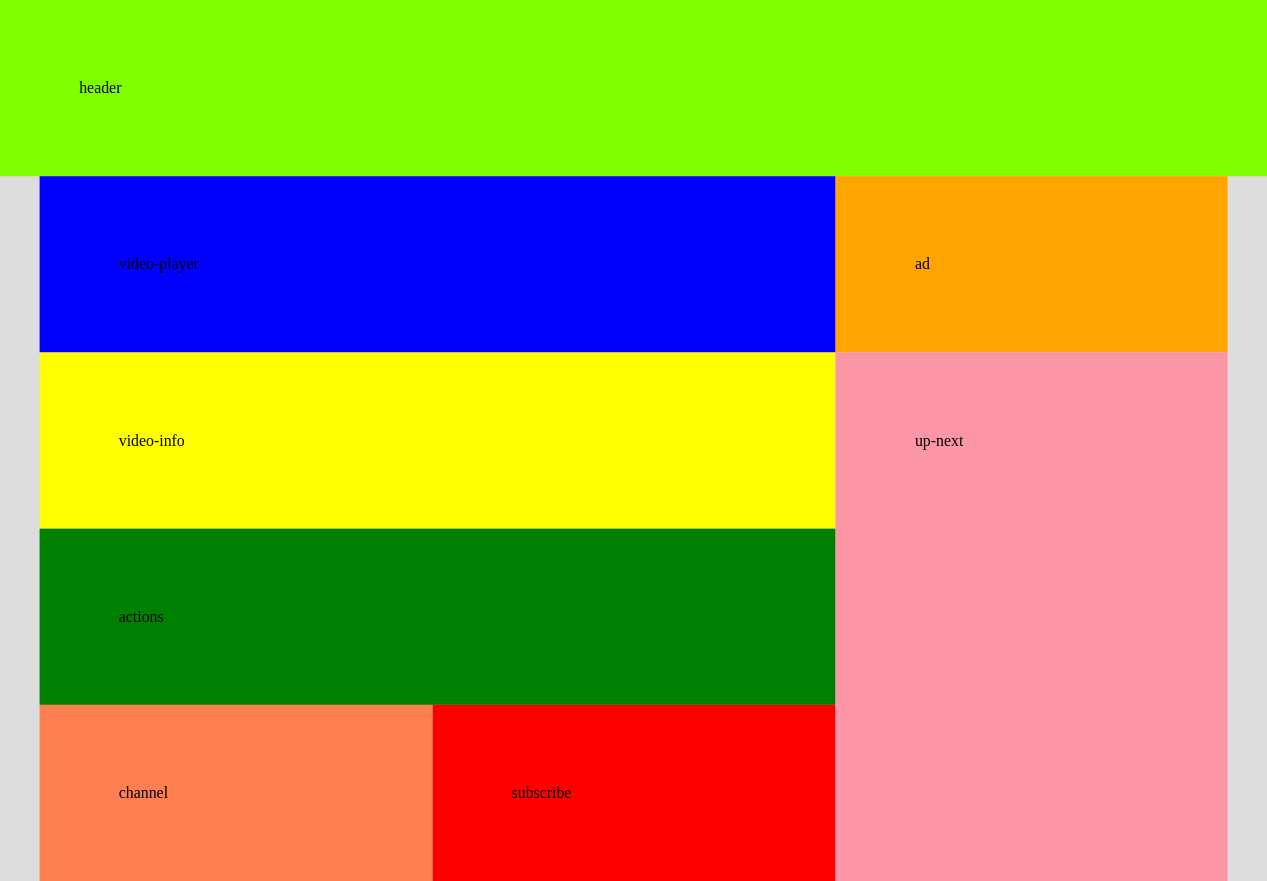
Repository: rafavirginio/clone-do-youtube
Page: index.html
These files come from the project's save history. The page is drawn as it stood at one moment and after the next save; the edit follows.
The browser window is 1280 px wide. The pictures show the whole page, at 99% of full size.

Above is the page before, as saved 2020-09-28 19:32:07.

After the next save:
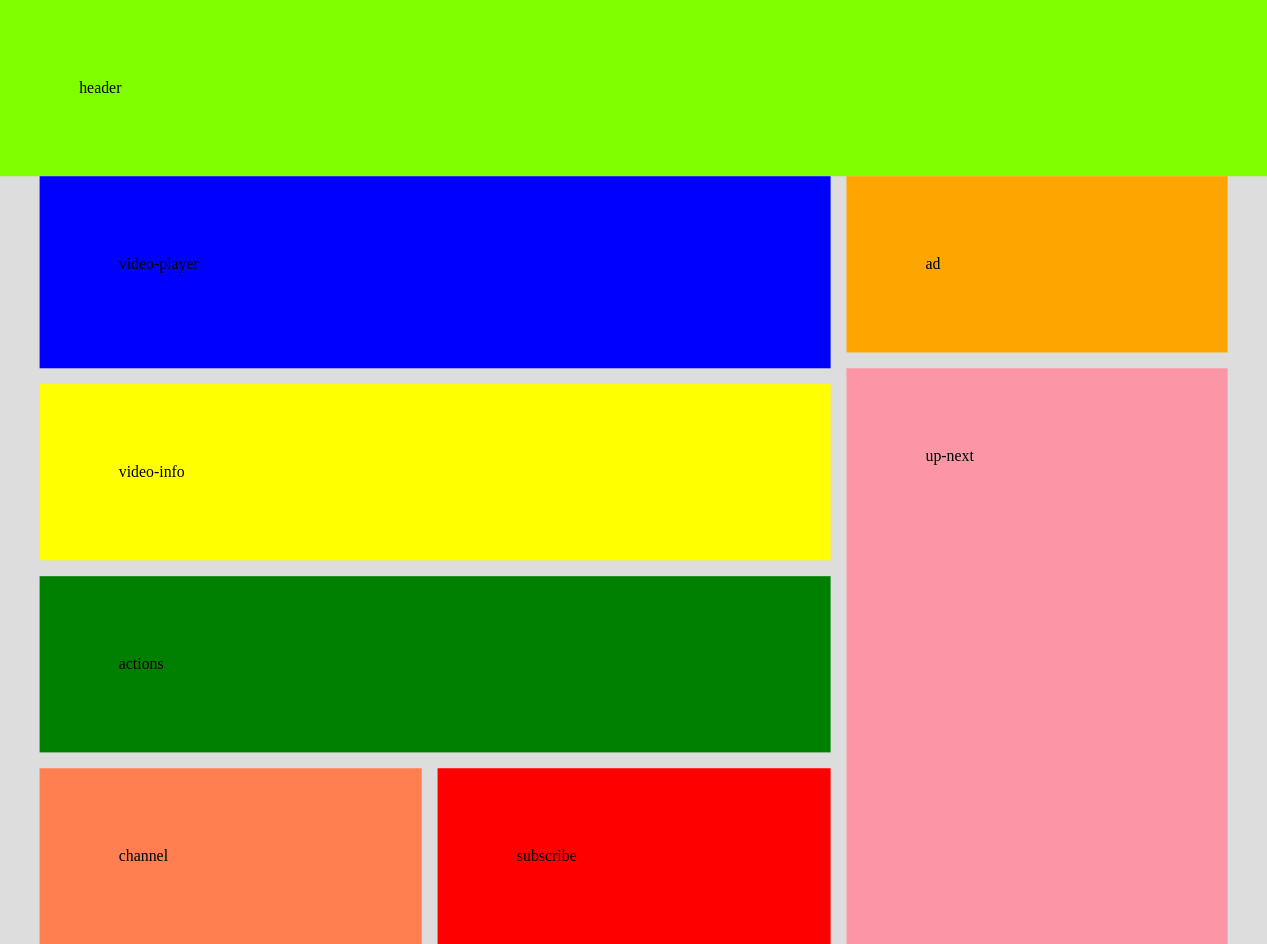
Saved 3 min 8 s later.
--- a/style.css
+++ b/style.css
@@ -22,7 +22,7 @@
 main {
     margin: auto;
     display: grid;
-    /* grid-gap: 1rem; */
+    grid-gap: 1rem;
     grid-template-areas: "video-player video-player" "video-info video-info" "actions actions" "channel subscribe" "up-next up-next";
 }
 
